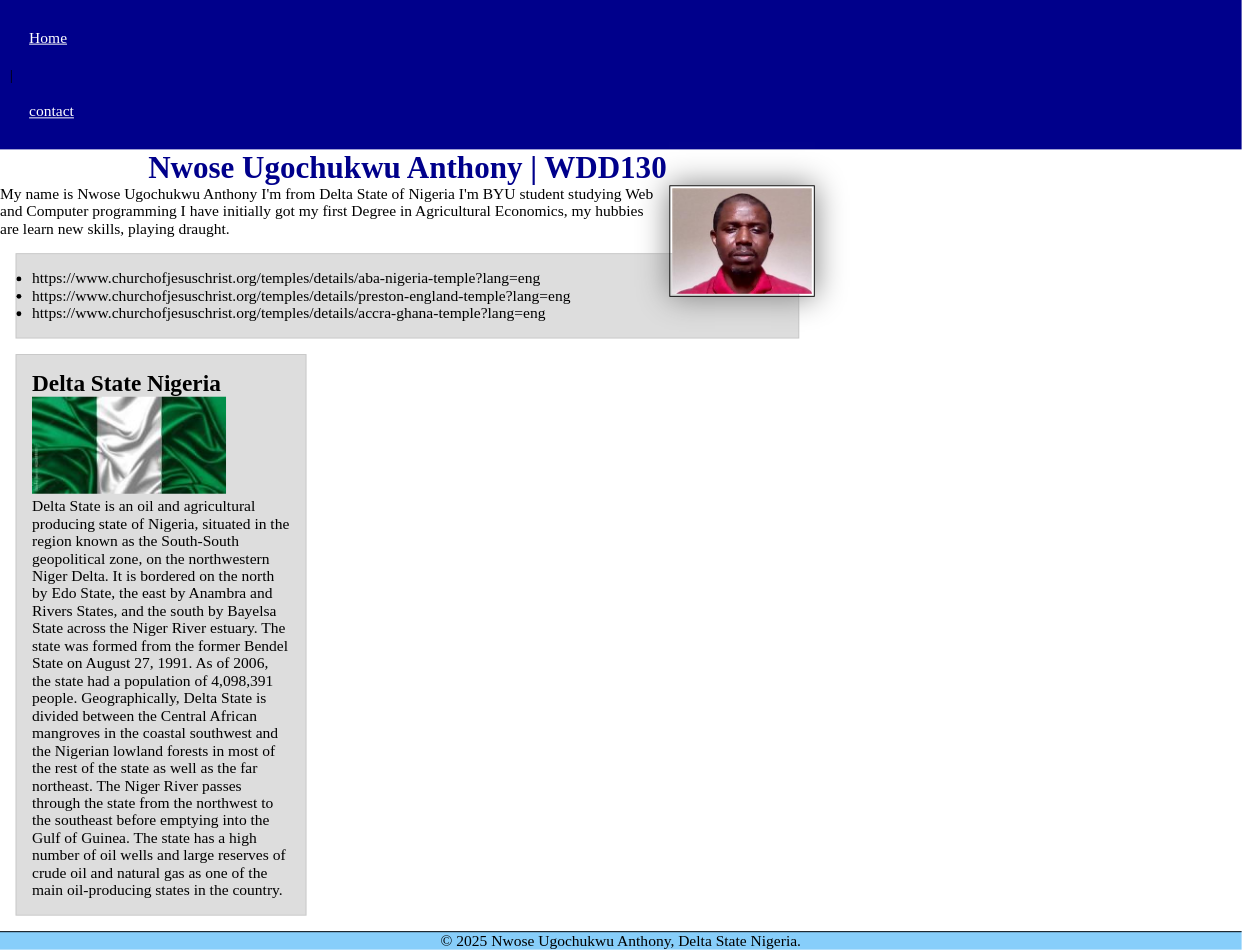
Repository: NoblesNigeria/wdd130
Page: index.html
These files come from the project's save history. The page is drawn as it stood at one moment and after the next save; the edit follows.
The browser window is 1280 px wide. The pictures show the whole page, at 97% of full size.

Above is the page before, as saved 2025-09-13 17:27:05.

### index.html
<!DOCTYPE html>
<html lang="en">

<head>
    <meta charset="UTF-8">
    <meta name="viewport" content="width=device-width, initial-scale=1.0">
    <title>Nwose Ugochukwu Anthony| WDD130</title>
    <meta name="description" content="This is my personal webpage">
    <meta name="author" content="Nwose Ugochukwu Anthony">
    <link rel="stylesheet" href="styles/styles.css">
</head>

<body>
    <header>
        <nav>
            <a href="#">Home</a> |
            <a href="#">contact</a>
        </nav>
    </header>
    <main>
        <h1>Nwose Ugochukwu Anthony | WDD130</h1>
        <img src="images/profile.jpg" alt="Nwose Anthony" width="200">
        <p>My name is Nwose Ugochukwu Anthony I'm from Delta State of Nigeria I'm BYU student studying Web and Computer
            programming I have initially got my first Degree in Agricultural Economics, my hubbies are learn new skills,
            playing draught.
        </p>
        <ul class="box">
            <li>https://www.churchofjesuschrist.org/temples/details/aba-nigeria-temple?lang=eng</li>
            <li>https://www.churchofjesuschrist.org/temples/details/preston-england-temple?lang=eng</li>
            <li>https://www.churchofjesuschrist.org/temples/details/accra-ghana-temple?lang=eng</li>
        </ul>
    </main>
    <aside class=" box">
        <h2>Delta State Nigeria</h2>
        <img src="images/nigeria-flag.jpg" alt="Delta State Nigeria" width="200">
        <p>Delta State is an oil and agricultural producing state of Nigeria, situated in the region known as the
            South-South geopolitical zone, on the northwestern Niger Delta. It is bordered on the north by Edo State,
            the east by Anambra and Rivers States, and the south by Bayelsa State across the Niger River estuary. The
            state was formed from the former Bendel State on August 27, 1991. As of 2006, the state had a population of
            4,098,391 people. Geographically, Delta State is divided between the Central African mangroves in the
            coastal southwest and the Nigerian lowland forests in most of the rest of the state as well as the far
            northeast. The Niger River passes through the state from the northwest to the southeast before emptying
            into the Gulf of Guinea. The state has a high number of oil wells and large reserves of crude oil and
            natural gas as one of the main oil-producing states in the country.
        </p>
    </aside>
    <! This is a new skill I'm learning>
        <footer>
            <p>&copy; 2025 Nwose Ugochukwu Anthony, Delta State Nigeria.</p>
        </footer>

</body>

</html>

### styles/styles.css
* {
    margin: 0;
    padding: 0;
    box-sizing: border-box;
}
nav {
    background-color: darkblue;
    padding: 10px;
}
nav a {
    color: white;
    display: block;
    padding: 20px;
}
h1 {
    color: darkblue;
    text-align: center;
}
main {
    max-width: 840px;
}
main img {
    width: 150px;
    height: auto;
    border: 1px solid black;
    padding: 2px;
    box-shadow: 0 0 30px gray;
    float: right;
    margin: 0 0 10px 10px;
}
aside{
    width: 300px;
    margin: 10px;
    border: 1px solid black;
    padding: 10px;
    background-color: black;
    color:white
}
aside img {
    width: 200px;
    height: auto;
}
p {
    padding: 0;
}
footer {
    text-align: center;
    margin-top: 1px;
    border-top: 1px solid black;
    background-color: lightskyblue;
}
/* class selector */
.box {
  margin: 1rem;
  border: 1px solid rgb(0 0 0 / 10%);
  padding: 1rem;
  background-color: #ddd;
  color: #000;
}

After the next save:
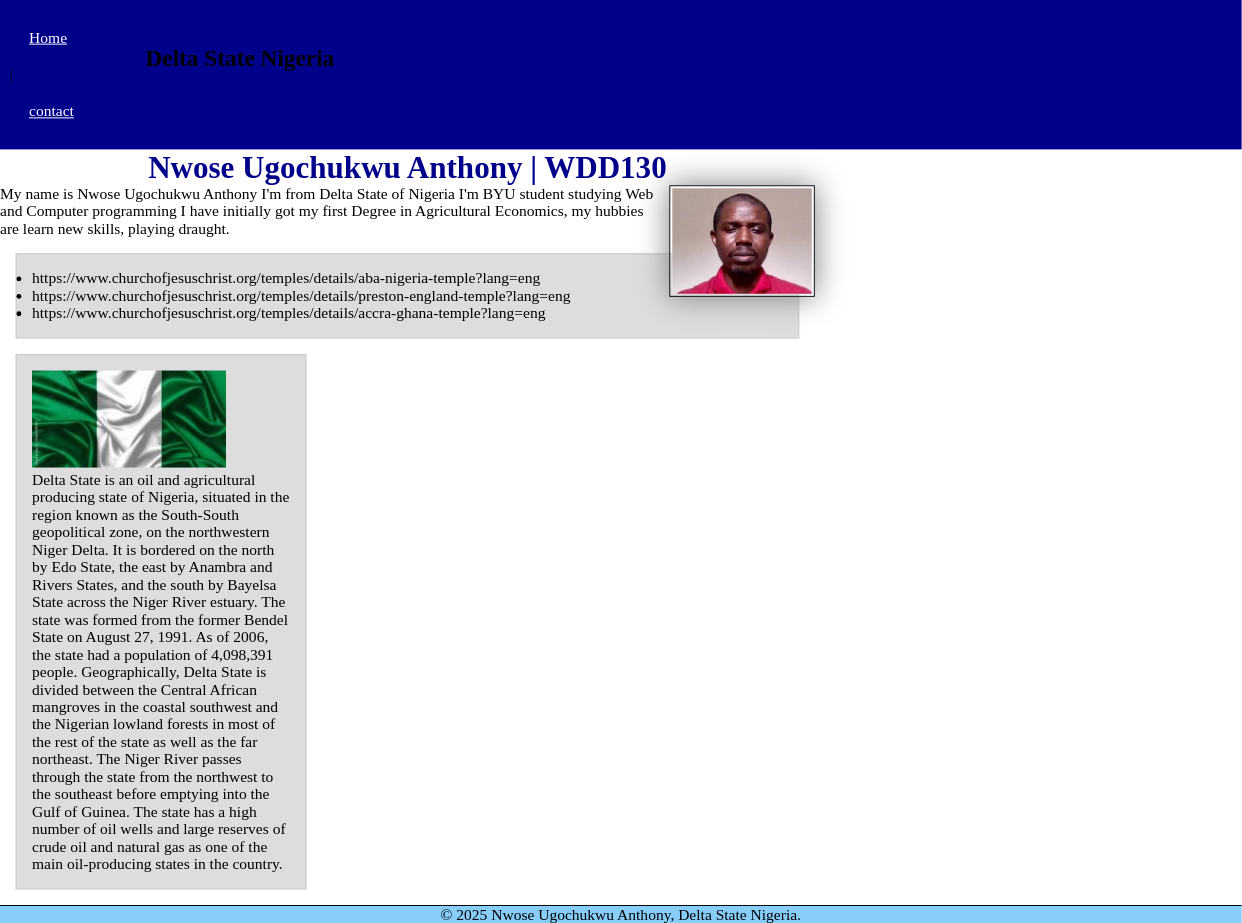
Saved 9 min 9 s later.
--- a/styles/styles.css
+++ b/styles/styles.css
@@ -40,6 +40,11 @@
     width: 200px;
     height: auto;
 }
+aside h2 {
+  position: absolute;
+  top: 47px;
+  left: 150px;
+}
 p {
     padding: 0;
 }

After the save that followed:
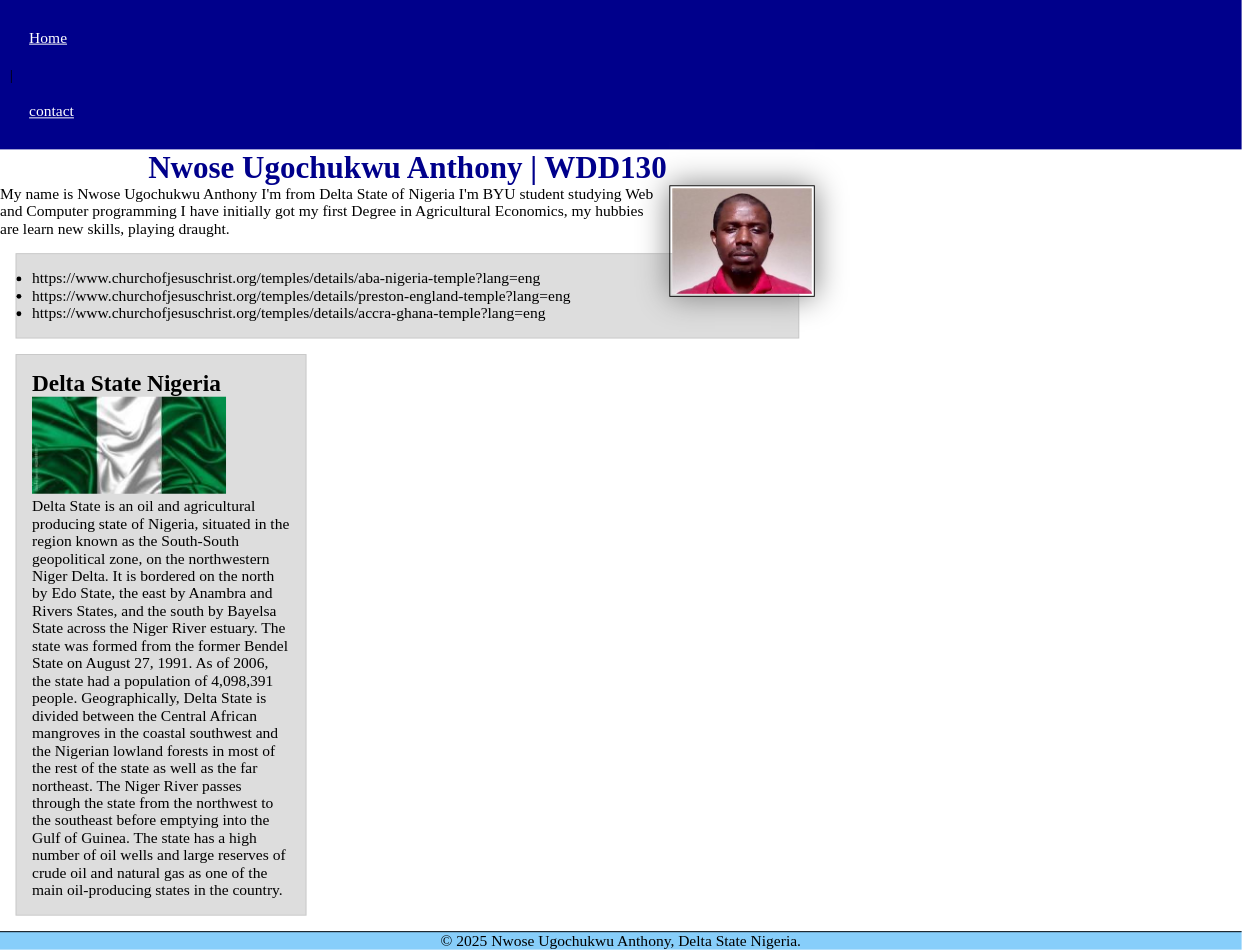
Saved 3 min 2 s later.
--- a/styles/styles.css
+++ b/styles/styles.css
@@ -40,11 +40,7 @@
     width: 200px;
     height: auto;
 }
-aside h2 {
-  position: absolute;
-  top: 47px;
-  left: 150px;
-}
+
 p {
     padding: 0;
 }
